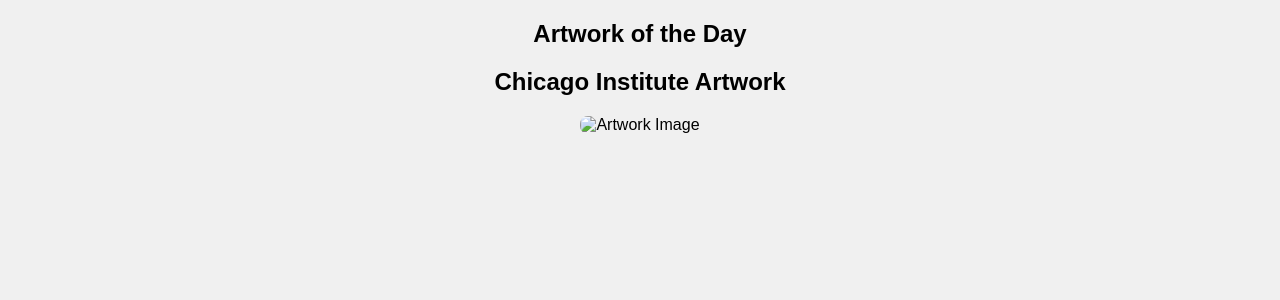
Repository: Bearandbird/amber-hinojos-API-project-haumea
Page: index.html
The author's editor kept a copy of each file at every save. The page is drawn from the files as they stood at one save, then again after the next save.
The browser window is 1280 px wide. The pictures show the whole page.
The page's requests for data from a server got no answer.

Above is the page before, as saved 2024-05-25 07:57:02.

### index.html
<!DOCTYPE html>
<html lang="en">

<head>
    <link rel="stylesheet" href="./index.css"/>
    <meta charset="UTF-8" />
    <meta name="viewport" content="width=device-width, initial-scale=1.0" />
    <title> Art of the Day</title>

</head>

<body>
    <section id="artwork">
        <h1>Artwork of the Day</h1>
        <div id= "artwork-container">

        </div>
    </section>

    <section id="artworkSection">
        <h1 id="artworkName">Chicago Institute Artwork</h1>
        <h2 id="artworkTitle"></h2>
        <h2 id="artistTitleId"></h2>
        <div id="artistInfo"></div>
        <img id="artworkImage" alt="Artwork Image" />


<script src="./index.js"></script>

</body>

</html>

### index.css
body {
    font-family: Arial, sans-serif;
    background-color: #f0f0f0;
    text-align: center;
  }

  .container {
    max-width: 600px;
    margin: 0 auto;
    padding: 20px;
    background-color: #fff;
    border-radius: 8px;
    box-shadow: 0 4px 8px rgba(0, 0, 0, 0.1);
  }

  img {
    max-width: 30rem;
    margin-left: auto;
    margin-right: auto;
    border-radius: 8px;
    margin-bottom: 20px;
}

  .artwork-info {
    font-size: 16px;
  }

  .artwork-info p {
    margin: 0;
    margin-bottom: 10px;
  }

  .error-message {
    color: red;
  }

### index.js
const projectsSection = document.querySelector("#artwork");
const projectsList = projectsSection.querySelector("#artwork-container");

const artworkIds = [869,2189,2816,4081,4428,4575,4758,4773,4788,4796,4884,5357,5848,6565,6596,7021,7124,8624,8633,8958,8991,9010,9503,9512,11272,11320,11393,11434,11723,13720,13853,14572,14574,14591,14598,14655,14968,15401,15468,15563,16146,16169,16231,16298,16327,16362,16487,16488,16499,16551,16568,16571,16776,16964,18709,18757,19339,20432,20579,20684,21023,23333,23506,23684,23700,23972,24306,24548,24645,24836,25332,25853,25865,27307,27310,27984,27987,27992,28067,28560,28849,30709,30839,31285,34116,34181,34286,34299,35198,35376,36132,36161,37368,37761,38930,40619,42566,43060,43145,43714,44018,44741,44892,46230,46327,47149,49195,49686,49691,49702,49714,50148,50157,50276,50330,50909,51185,52560,52679,52736,53001,55249,55384,55706,56682,56731,56905,57051,57819,58540,59426,59787,59847,60031,60755,60812,61128,61428,61603,61608,62042,62371,63178,63234,63554,64276,64339,64724,64729,64818,64884,65290,65868,65916,66039,66434,66683,68769,68823,69109,69780,70003,70202,70207,70443,70739,71396,71829,72726,72728,72801,73216,73413,73417,75644,76054,76240,76244,76279,76295,76395,76571,76779,76816,76869,79307,79379,79507,79600,80062,80084,80479,80607,81512,81558,81564,83642,83889,83905,84241,84709,85533,86340,86385,86421,87045,87163,87479,87643,88724,88793,88977,89403,89856,90048,90300,90443,90536,90583,91194,91620,93345,93811,93900,95998,97402,97910,97916,99539,99602,99766,100079,100089,100250,100472,100829,100858,102131,102234,102295,102591,102611,102963,103347,103887,103943,104031,104043,104094,105073,105105,105203,105466,105800,106538,107069,107300,109275,109330,109439,109686,109780,109819,109926,110507,110634,110663,110881,111060,111164,111317,111377,111380,111400,111401,111436,111442,111559,111610,111617,111628,111642,111654,111810,112092,117188,117266,117271,118661,118746,119454,119521,120154,122054,125660,126981,127644,127859,129884,131385,131541,135430,137125,140645,142526,144272,144361,144969,145681,146701,146905,146953,146988,146989,146991,147003,147508,147513,148412,149681,149776,150054,150739,151358,151363,151371,151424,153244,153701,154232,154235,154237,154238,155969,156442,156474,156538,157056,157156,157160,159136,159824,160144,160201,160222,160226,180298,181091,181145,181774,182728,183077,183277,184095,184186,184193,184324,184362,184371,184672,185180,185184,185222,185619,185651,185760,185766,185905,185963,186047,186049,186392,187155,187165,187528,188540,188844,188845,189207,189289,189290,189595,189600,189715,189775,189807,189932,190224,190558,191197,191371,191454,191556,192689,192890,193664,196323,198809,199002,199854,207293,210482,210511,217201,218612,220179,220272,221885,223309,225016,227420,229351,229354,229393,229406,229510,229866,230189,234004,234433,234781,234972,238749];

//Randomly generate an index into the array to get a valid artwork id
const randomInt = Math.floor(Math.random() * artworkIds.length);
const randomId = artworkIds[randomInt];
console.log(randomId);
const url = `https://api.artic.edu/api/v1/artworks/${randomId}`;
console.log(url);

//fetch the url and if the data exists for the id, get info about the artwork and the art
fetch(url)
  .then((response) => {
    if (!response.ok) {
      throw new Error("Failure to Load");
    }
    return response.json(); // Parse the response as JSON
  })
  .then((data) => {
    //Get info about artwork
    console.log(data);
    const artwork = data.data;
    console.log(artwork);
    const title = artwork.title;
    console.log(artwork.title);
    const artistTitle = artwork.artist_title;
    console.log(artistTitle);
    const artistId = artwork.artist_id; // Assuming the artist ID is available
    const artworkImageID = artwork.image_id;
    console.log(artworkImageID);

    //Add the title to the html
    const artworkTitle = document.getElementById("artworkTitle");
    console.log(artworkTitle);
    artworkTitle.innerHTML = `Title: ${title}`;

    //If artist information is available, then add it to the html
    if (artistTitle != null) {
      const artistTitleElement = document.getElementById("artistTitleId");
      console.log(artistTitleElement);
      artistTitleElement.innerHTML = `Artist: ${artistTitle}`;
    }

    //Get the artwork image for the image id
    const artworkSrcString = `https://www.artic.edu/iiif/2/${artworkImageID}/full/843,/0/default.jpg`;
    console.log(artworkSrcString);

    //Add it to the img block
    const artworkImage = document.getElementById("artworkImage");
    artworkImage.setAttribute("src", artworkSrcString);

    console.log(artworkSrcString);

    // Fetch artist info if available
    if (artistId) {
      fetch(`https://api.artic.edu/api/v1/artists/${artistId}`)
        .then(response => {
          if (!response.ok) {
            throw new Error("Failed to load artist info");
          }
          return response.json();
        })
        .then(artistData => {
          console.log(artistData);
          const artist = artistData.data;
          const artistBirthDate = artist.birth_date;
          const artistDeathDate = artist.death_date;

          const artistInfoElement = document.getElementById("artistInfo");
          artistInfoElement.innerHTML = `
            <p>Birth Date: ${artistBirthDate}</p>
            <p>Death Date: ${artistDeathDate}</p>
          `;
        })
        .catch(error => console.error('Error fetching artist info:', error));
    }
  })
  .catch((error) => {
    console.error(`Image ${randomId} not found`, error);
  });

After the next save:
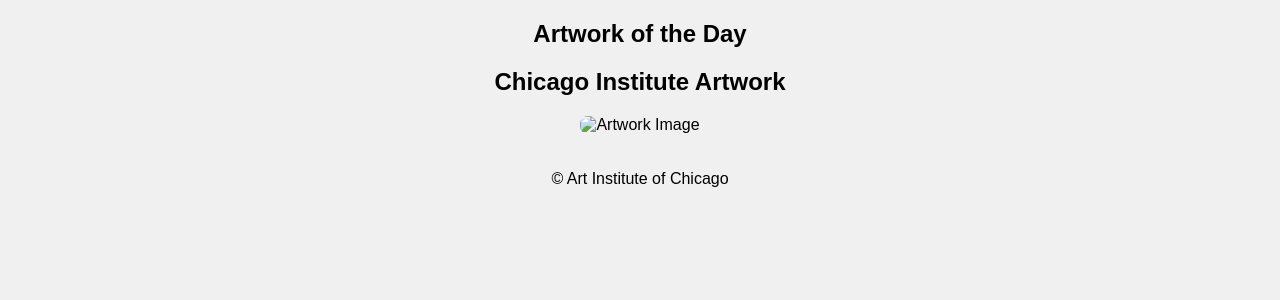
Saved 2 min 50 s later.
--- a/index.html
+++ b/index.html
@@ -25,6 +25,10 @@
         <img id="artworkImage" alt="Artwork Image" />
 
 
+        <footer>
+            <p>&copy; Art Institute of Chicago</p>
+        </footer>
+
 <script src="./index.js"></script>
 
 </body>
